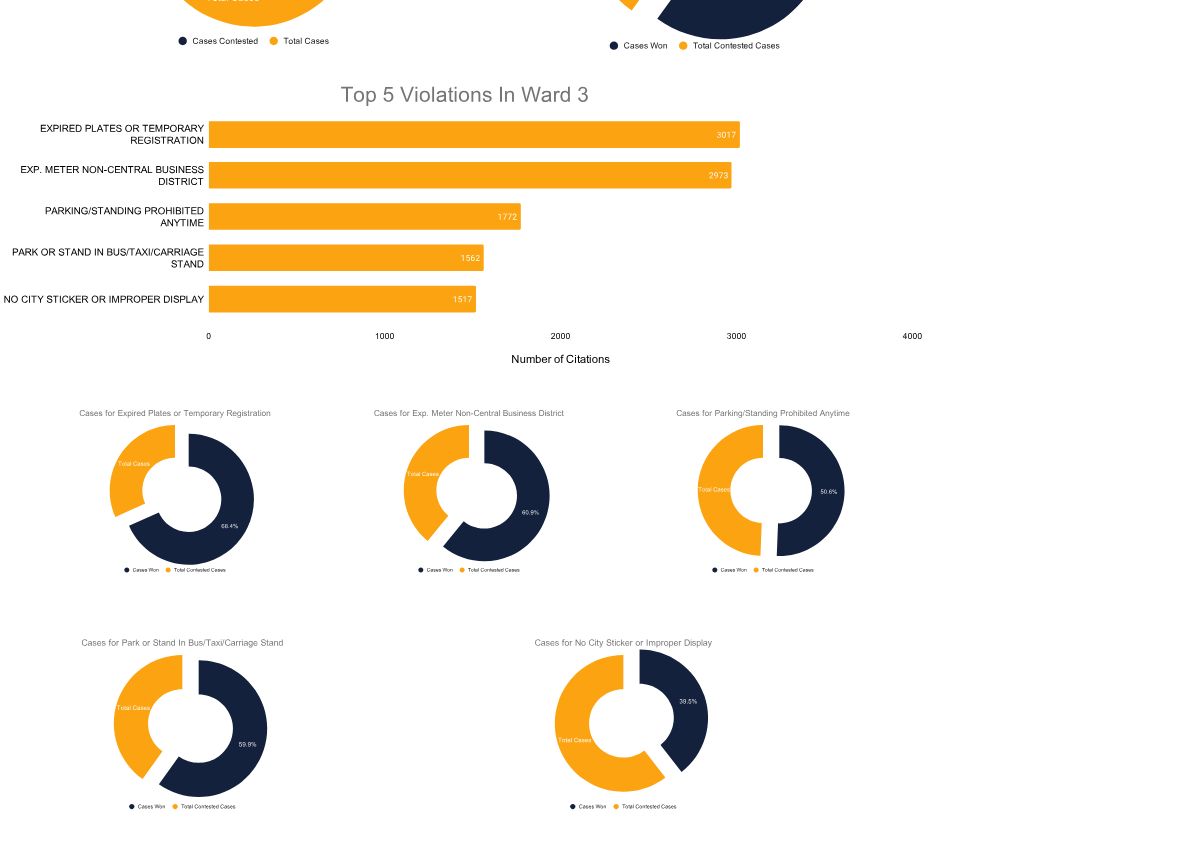
Repository: rdass1/COM421-FinalProject
Page: Website/index.html
The author's editor kept a copy of each file at every save. The page is drawn from the files as they stood at one save, then again after a run of saves.
The browser window is 1280 px wide. The page is 1348 px wide, then 1698 px, so the pictures cover 1698 px, including what lies to the right of the window. The pictures show the part of the page from y = 1426 to 2866 px (the page is 2642 px tall before and 2866 px after), at 70% of full size.

Above is the page before, as saved 2021-05-12 05:11:30.
Console error: TypeError: Cannot read properties of undefined (reading 'style')

### Website/index.html
<!DOCTYPE html>
<html>
    <head>
        <meta charset="UTF-8">
        <meta name="description" content="Take It To the Streets is a non-profit organization that helps people find information on how to fight their tickets. ">
        <meta name="author" content="Group 2">
        <meta name="viewport" content="width=device-width, initial-scale=1.0">
        <link rel="stylesheet" type="text/css" href="css/index.css">
        <script src="javascript/index.js"></script>
        <title>Take It To The Streets</title>
    </head>
    <body class = "container">
        <div class="header">
            <div id = "navbar">
                <nav>
                    <ul>
                        <li><a href="#about">About</a></li>
                        <li><a href="#statistics">Statistics</a></li>
                        <li><a href="#resources">Resources</a></li>
                        <li><a href="#contact">Contact</a></li>
                    </ul>

                </nav>
            </div>
        </div>
        <div id="home" class="home-image">
            <div id="title">
                <h1>Stand Your Ground</h1>
                <h2>Learn how you can fight back</h2>
            </div>

        </div>
        <div id="about">
            <h3>About</h3>
            <p>Have you ever received a ticket and we're unable pay the ticket? Did you know that you can contest all tickets you receive in court! This may seem like a very challenging task, but <em>Take It To The Streets</em> is here to help! We'll take you through the step by step process in order to fight for your ticket. We're on your side and will make sure you get the best possible outcome you can. Still not convinced? Check out the statistics in your area(ward 3). </p>
        </div>
        <div id="statistics" class="statistics-container">
            <div id="statistics-container-item-header"><h3>Statistics</h3></div>
            <div id="statistics-container-item-1">
                <img src="images/Cases Contested Vs Total Cases.svg">
            </div>
            <div id="statistics-container-item-2">
                <img src="images/Cases Won Vs Total Contested Cases.svg">
            </div>
            <div id="statistics-container-item-3">
                <img src="images/Top 5 Violations In Ward 3.svg">
            </div>

            <div id="statistics-container-item-4">
                <div class="statistics-container-item-4-flex">
                    <div class ="statistics-container-item-4-flex-container">
                        <img src="images/Cases for Expired Plates or Temporary Registration.svg">
                    </div>
                    <div class ="statistics-container-item-4-flex-container">
                        <img src="images/Cases for Exp. Meter Non-Central Business District.svg">
                    </div>
                    <div class ="statistics-container-item-4-flex-container">
                        <img src="images/Cases for Parking_Standing Prohibited Anytime.svg">
                    </div>

                </div>

            </div>
            <div id="statistics-container-item-5">
                <div class="statistics-container-item-4-flex">
                    <div class ="statistics-container-item-5-flex-container">
                        <img src="images/Cases for Park or Stand In Bus_Taxi_Carriage Stand.svg">
                    </div>
                    <div class ="statistics-container-item-5-flex-container">
                        <img src="images/Cases for No City Sticker or Improper Display.svg">
                    </div>

                </div>

            </div>
            <!-- <div id="statistics-container-item-7">

            </div>
            <div id="statistics-container-item-8">

            </div> -->
        </div>
    </body>
</html>

### Website/css/index.css
html{
    scroll-behavior: smooth;
    font-family: 'Gill Sans', 'Gill Sans MT', Calibri, 'Trebuchet MS', sans-serif;
}

.container{
    margin:0px;
    display:grid;
    grid-template-columns: 1fr;
}

.header{
    background-color: #fca311;
    width: 100%;
    display: flex;
    justify-content: flex-start;
    margin: 0px;
    padding: 0px;
    z-index: 100;
}

#navbar nav{
    display: flex;


}

#navbar ul{
    height:inherit;
    margin: 0px;
    padding: 0px;
    overflow: hidden;
    list-style: none;
}

#navbar li{
    margin: 0px;
    font-size: 1.5rem;
    float:left;

}

#navbar a{
    display: block;
    color: white;
    text-decoration: none;
    padding: 20px 20px 20px 20px;
}

#navbar li:hover{
    background-color: #cf323f;
}


.home-image{
    display: grid;
    width:100%;
    height:60vh;
    background-image: url("/Website//images/pic5.png");
    background-repeat: no-repeat;
    background-size: cover;
    background-position: 0% 100%;

    grid-template-columns: auto;
    grid-template-rows: auto;
    grid-template-areas:
    ". . . . . . ."
    ". . header . . . ."
    ". . . . . . ."
    ". . . . . . ."


    ;

}


#title{
    grid-area: header;
}

#title h1{
    font-size: 8rem;
    color:white;
    margin: 0px;
    padding: 0px;
    text-shadow: 2px 2px 15px #2e2e2e;
}

.home-image h2{
    margin: 0px;
    padding: 0px;
    font-size: 3rem;
    color:white;
    text-shadow: 2px 2px 15px #2e2e2e;
}





.home-image img{
    width: 100%;
    height: 60%;
    object-fit: cover;
    object-position: 0px 100%;
    z-index: 10;
}



#about h3{
    text-align: center;
    font-size: 3rem;
    margin-bottom:15px;
}

#about p{
    text-align: center;
    margin-top:0px;
    margin-left:60px;
    margin-right:60px;
    font-size: 2rem;
}

.statistics-container{
    margin:10px;
    display: grid;
    grid-template-rows: 0fr 1/3fr 1/3fr 1/3fr 1/3fr;
    grid-template-columns: 1fr 1fr;
    justify-content: center;
    justify-items: center;


}

.statistics-container-item{
    background-color:#cf323f;


}

.statistics-container-item img{
    width: 100%;
    height: 100%;
}

#statistics-container-item-header{
    grid-column: 1 / span 2;
    grid-row: 1 / 1;
    font-size: 3rem;
    text-align: center;



}

#statistics-container-item-1{
    grid-column: 1 / span 1;
    grid-row: 2/ 2;
}
#statistics-container-item-2{
    grid-column: 2 / span 2;
    grid-row: 2/ 2;
}
#statistics-container-item-3{
    grid-column: 1 / span 2;
    grid-row: 3/ 3;
}

#statistics-container-item-4{
    grid-column: 1 / span 2;
    grid-row: 4/ 4;
}
#statistics-container-item-5{
    grid-column: 1 / span 2;
    grid-row: 5/ 5;
}

.statistics-container-item-4-flex{
    display: flex;
    justify-content: center;
    justify-items: center;

}
.statistics-container-item-4-flex-container img{
    width: 100%;
    height: auto;
    margin: 30px;
}

.statistics-container-item-5-flex-container img{
    width: 70%;
    height: auto;
    margin: 30px;
}

### Website/javascript/index.js
var slideIndex = 0;

showSlides();

function showSlides(){
    var i;
    var slides = document.getElementsByClassName("mySlides");
    var dots = document.getElementsByClassName("dot");
  for (i = 0; i < slides.length; i++) {
    slides[i].style.display = "none";
  }
  slideIndex++;
  if (slideIndex > slides.length) {slideIndex = 1}
  for (i = 0; i < dots.length; i++) {
    dots[i].className = dots[i].className.replace(" active", "");
  }
  slides[slideIndex-1].style.display = "block";
  dots[slideIndex-1].className += " active";
  setTimeout(showSlides, 2000);

  for(var i = 0; i<10; i++){
      console.log(i);
  }
}

After the next 4 saves:
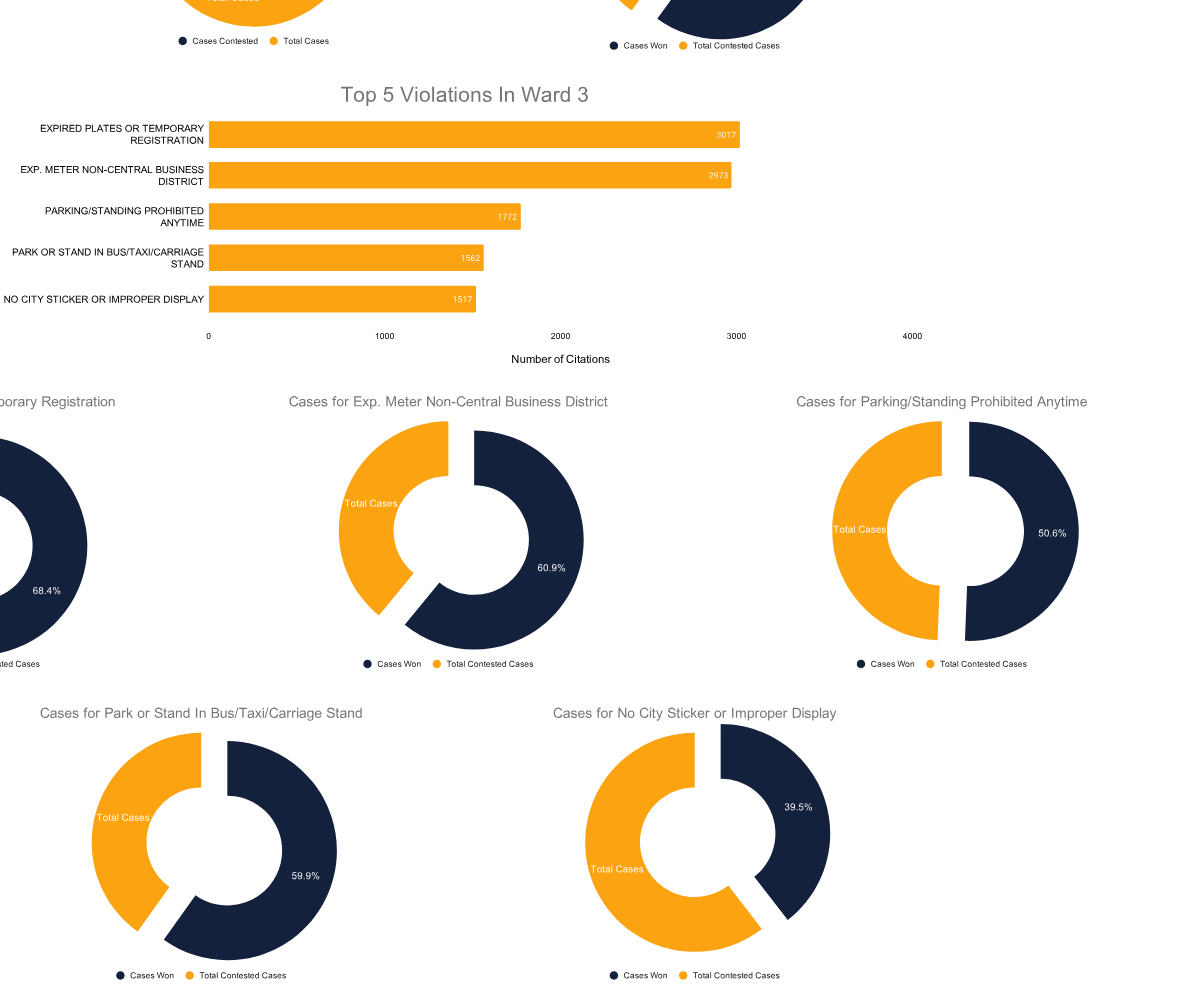
The 4 saves are shown as one change because they came seconds apart.
The last was saved 17 s later.
--- a/Website/css/index.css
+++ b/Website/css/index.css
@@ -184,13 +184,12 @@ html{
 
 }
 .statistics-container-item-4-flex-container img{
-    width: 100%;
+
     height: auto;
-    margin: 30px;
+
 }
 
 .statistics-container-item-5-flex-container img{
-    width: 70%;
     height: auto;
-    margin: 30px;
+
 }
